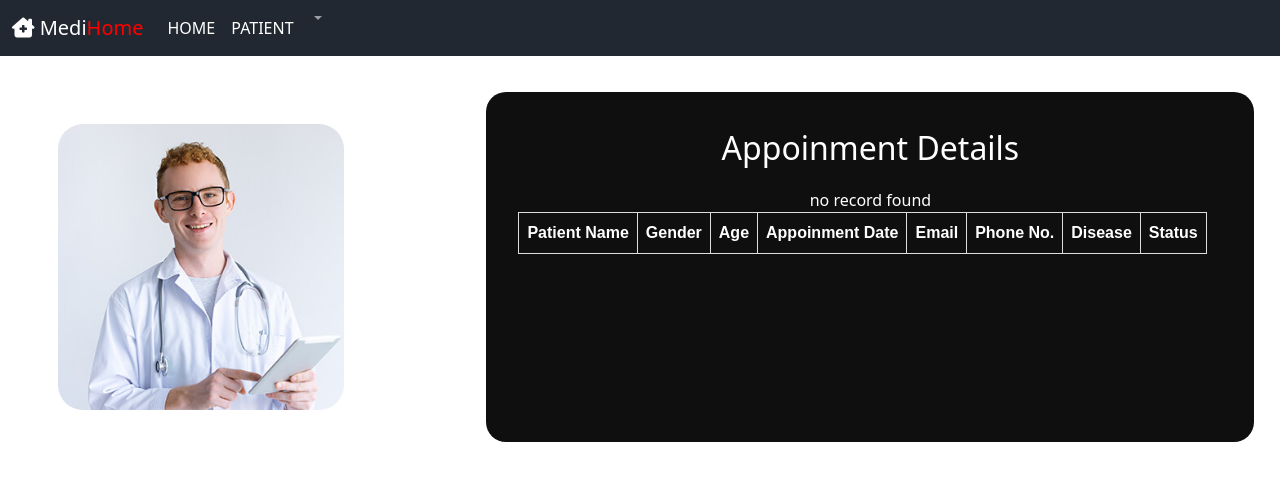
Repository: SparshGarg1/Hospital-Management-System
Page: http://localhost/Hospital/doctorpatient.jsp
These files come from the project's save history. The page is drawn as it stood at one moment and after the next save; the edit follows.
The browser window is 1280 px wide. The pictures show the whole page.
Some web libraries are served in a nearby version. The page is served by Tomcat 9. Other server files are loaded and not shown. Queries for data that is not in the repository find no rows.

Above is the page before, as saved 2022-08-20 04:55:54.

### Hospital/WebContent/doctorpatient.jsp
<%@page import="java.sql.ResultSet"%>
<%@page errorPage="component/error.jsp" %>
<%@ include file="component/db.jsp" %>
<%@ page language="java" contentType="text/html; charset=ISO-8859-1"
    pageEncoding="ISO-8859-1"%>
<!DOCTYPE html PUBLIC "-//W3C//DTD HTML 4.01 Transitional//EN" "http://www.w3.org/TR/html4/loose.dtd">
<html>
<head>
<meta http-equiv="Content-Type" content="text/html; charset=ISO-8859-1">
<title>Insert title here</title>
<%@ include file="component/allcss.jsp" %>
<style>
        @import url('https://fonts.googleapis.com/css2?family=Poppins&display=swap');

        .main{
            display: flex;
            flex-direction: row;
            justify-content: space-between;
            flex-wrap: wrap;
            height: 50vh;
        }
        table {
            font-family: arial, sans-serif;
            border-collapse: collapse;
            position: absolute;
            margin:auto;
        }

       .tr1 {
            border: 1px solid #dddddd;
            text-align: left;
            padding: 8px;
        }
        .show1{
            text-align: center;
            margin: 5vh 2vw;
            width:60%;
            background: rgb(15, 15, 15);
            border-radius: 20px;
            color: white;
            padding: 2em;
        }
        .contain{
            margin: 5vh 2vw;
            width:80%;

            width: 350px;

            border-radius: 20px;
            display: flex;
            justify-content: center;
            flex-direction: column;
            color: white;
            padding: 2em;
        }
        .head{
            font-size: 2em;
            margin-bottom: 0.5em;
        }
        .bo {
            margin: 0.2em 0;
        }
       .contain img{
       border-radius: 25px;
       }

        .loginBtn{
            width: 102%;
            height: 40px;
            border: none;
            border-radius: 10px;
            margin: 0.5em 0;
            transform: translate(-1%);
            cursor: pointer;
            color: white;
            background: linear-gradient(to right, #ff416c, #ff4b2b);
            transition: all .4s;
        }

        .loginBtn:hover{
            transform: translate(-1%, 5%);
            box-shadow: 0 0 10px #ff416d65;
        }
        .text{
            font-size: 0.8em;
            margin-top: 0.5em;
            text-align: center;
            color: rgba(255, 255, 255, 0.623);
        }
        .text a{
            color: rgba(255, 255, 255, 0.911);
        }
        </style>
</head>
<body>
<%
	HttpSession ses=request.getSession();
	String email =(String) ses.getAttribute("uid");
	int id1=0;
	String name = "";
	String dob = "";
	String qualification = "";
	String specialist = "";
	String mobile = "";
	String qr = "select * from doctor where email=?";
	PreparedStatement ps = con.prepareStatement(qr);
	ps.setString(1, email);
	ResultSet rs = ps.executeQuery();
	if(rs.next())
	{
		id1 = rs.getInt("id");
		name = rs.getString("name");
		dob = rs.getString("dob");
		qualification = rs.getString("qualification");
		specialist = rs.getString("specialist");
		mobile = rs.getString("mobile");

	}
%>
<!-- navbar  -->
<nav class="navbar navbar-expand-lg navbar-dark" style="background-color:#222831;">
  <div class="container-fluid">
    <a class="navbar-brand" href="index.jsp"><i class="fas fa-clinic-medical"></i> Medi<span style="color:red;">Home</span></a>
    <button class="navbar-toggler" type="button" data-bs-toggle="collapse" data-bs-target="#navbarSupportedContent" aria-controls="navbarSupportedContent" aria-expanded="false" aria-label="Toggle navigation">
      <span class="navbar-toggler-icon"></span>
    </button>
    <div class="collapse navbar-collapse" id="navbarSupportedContent">
      <ul class="navbar-nav  mb-2 mb-lg-0">
        <li class="nav-item">
          <a class="nav-link active" aria-current="page" href="doctorportal.jsp">HOME</a>
        </li>
        <li class="nav-item">
          <a class="nav-link active" aria-current="page" href="doctorpatient.jsp">PATIENT</a>
        </li>
        <li class="nav-item dropdown">
          <a class="nav-link dropdown-toggle" href="#" id="navbarDropdown" role="button" data-bs-toggle="dropdown" aria-expanded="false">
            <%=name %>
          </a>
          <ul class="dropdown-menu" aria-labelledby="navbarDropdown">
          	<li><a class="dropdown-item" href="doctoreditprofile.jsp">Edit Profile</a></li>
            <li><a class="dropdown-item" href="DoctorLogout">Logout</a></li>
          </ul>
        </li>
      </ul>
    </div>
  </div>
</nav>

<section class="main">
    <div class="contain">
       <img alt="" src="img/doc-3.jpg">
    </div>
    <div class="show1">
        <p class="head">Appoinment Details</p>
        <table>
            <tr class="tr1">
              <th class="tr1">Patient Name</th>
              <th class="tr1">Gender</th>
              <th class="tr1">Age</th>
              <th class="tr1">Appoinment Date</th>
              <th class="tr1">Email</th>
              <th class="tr1">Phone No.</th>
              <th class="tr1">Disease</th>
              <th class="tr1">Status</th>
            </tr>

            <%
             String qr1 = "select * from appoinment where doctor=?";
             PreparedStatement ps1 = con.prepareStatement(qr1);
             ps1.setInt(1, id1);
             ResultSet rs1 = ps1.executeQuery();
             if(rs1.next())
             {
            	 do{
            	String Name = rs1.getString("name");
         		String Gender = rs1.getString("gender");
         		int Age = rs1.getInt("age");
         		String Appdate = rs1.getString("appdate");
         		String Email = rs1.getString("email");
         		String Mobile = rs1.getString("mobile");
         		String Doctor= "";
         		String Disease = rs1.getString("Disease");
         		String Doctorns = rs1.getString("doctor");
         		String Status = rs1.getString("status");
         		String qr2 = "select * from doctor where id=?";
                PreparedStatement ps2 = con.prepareStatement(qr2);
                int Doctorn = Integer.parseInt(Doctorns);
                ps2.setInt(1, Doctorn);
                ResultSet rs2 = ps2.executeQuery();
                if(rs2.next())
                {
                	Doctor = rs2.getString("name");
                }
         		%>
         		<tr class="tr1">
                <th class="tr1"><%=Name %></th>
                <th class="tr1"><%=Gender %></th>
                <th class="tr1"><%=Age %></th>
                <th class="tr1"><%=Appdate %></th>
                <th class="tr1"><%=Email %></th>
                <th class="tr1"><%=Mobile %></th>
                <th class="tr1"><%=Disease %></th>
                <form action="StatusUpdate?name=<%= Name %>?email=<%=Email%>">
                	 <th class="tr1"><input type="text" name="status1" value="<%=Status %>"></th>
                	 <th class="tr1"><button type="submit"  value="Submit <i class="fa-solid fa-pen-to-square"></i>"></th>
                </form>

              </tr>
              <%
            	 }while(rs1.next());
             }
             else{
            	 out.println("no record found");
             }
            %>

          </table>
    </div>
</section>
</body>
</html>

### Hospital/WebContent/component/db.jsp

<%@page import="java.sql.Connection" %>
<%@page import="java.sql.DriverManager" %>
<%@page import="java.sql.PreparedStatement" %>
<%
Class.forName("com.mysql.jdbc.Driver");
Connection con=DriverManager.getConnection("jdbc:mysql://localhost:3306/hos","root","sparsh1574");
%>

### Hospital/WebContent/component/allcss.jsp
<link rel="stylesheet" href="https://cdnjs.cloudflare.com/ajax/libs/font-awesome/6.1.2/css/all.min.css" integrity="sha512-1sCRPdkRXhBV2PBLUdRb4tMg1w2YPf37qatUFeS7zlBy7jJI8Lf4VHwWfZZfpXtYSLy85pkm9GaYVYMfw5BC1A==" crossorigin="anonymous" referrerpolicy="no-referrer" />
<link href="https://cdn.jsdelivr.net/npm/bootstrap@5.0.2/dist/css/bootstrap.min.css" rel="stylesheet" integrity="sha384-EVSTQN3/azprG1Anm3QDgpJLIm9Nao0Yz1ztcQTwFspd3yD65VohhpuuCOmLASjC" crossorigin="anonymous">
<script src="https://cdn.jsdelivr.net/npm/bootstrap@5.0.2/dist/js/bootstrap.bundle.min.js" integrity="sha384-MrcW6ZMFYlzcLA8Nl+NtUVF0sA7MsXsP1UyJoMp4YLEuNSfAP+JcXn/tWtIaxVXM" crossorigin="anonymous"></script>

After the next save:
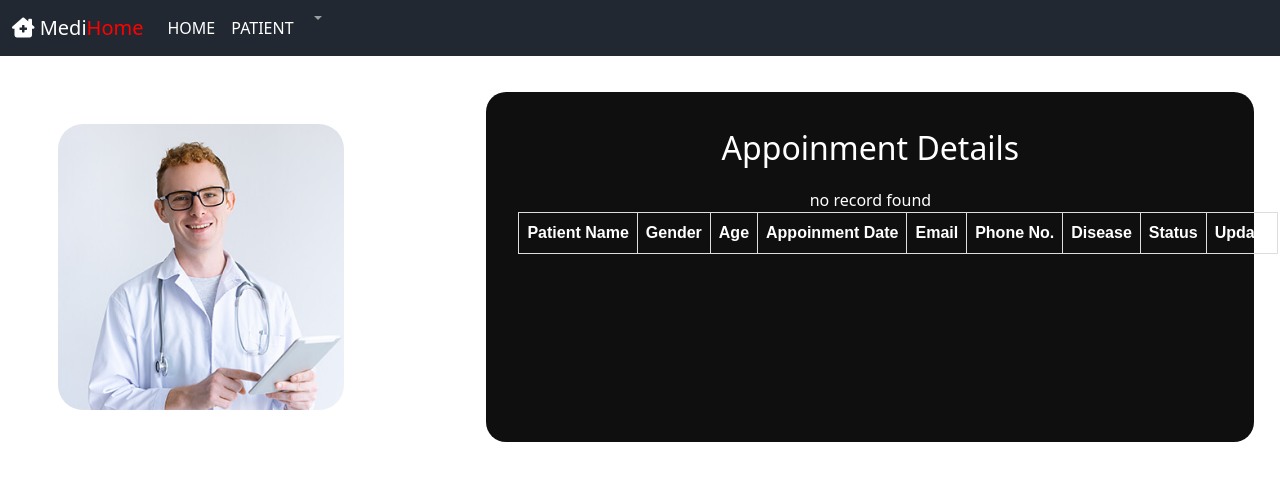
Saved 38 s later.
--- a/Hospital/WebContent/doctorpatient.jsp
+++ b/Hospital/WebContent/doctorpatient.jsp
@@ -162,6 +162,7 @@
               <th class="tr1">Phone No.</th>
               <th class="tr1">Disease</th>
               <th class="tr1">Status</th>
+              <th class="tr1">Update   </th>
             </tr>
 
             <%
